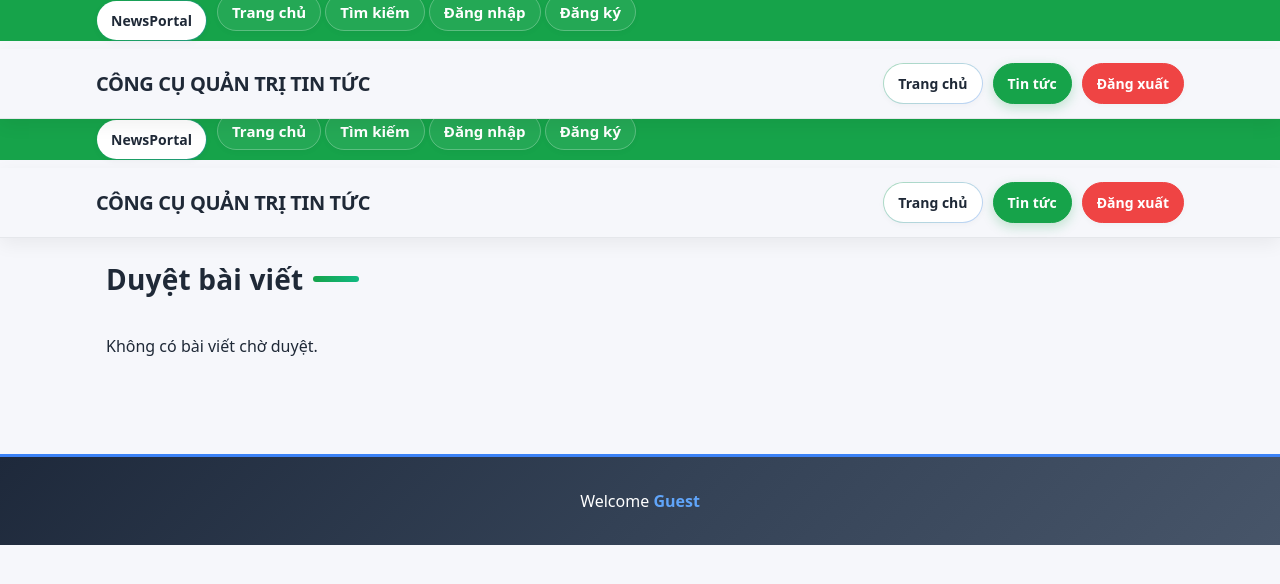
Repository: minhtvpy00202-git/Assignment_PY00202_MinhTV
Page: http://localhost/NewsPortal_PY00202/WEB-INF/views/admin/news-approve.jsp
An editor plug-in stored every save of this project. The page is shown before and after the next save, followed by the edit.
The browser window is 1280 px wide. The pictures show the whole page.
The page is served by Tomcat 10. Nobody is signed in. Other server files are loaded and not shown. The template is opened directly, without the code that normally fills it, so the values that code supplies are empty.

Above is the page before, as saved 2025-10-09 18:08:23.

### Assignment_NewsPortal/NewsPortal_PY00202/src/main/webapp/WEB-INF/views/admin/news-approve.jsp
<%@ page contentType="text/html; charset=UTF-8" pageEncoding="UTF-8"%>
<%@ include file="../layout/header.jsp" %>
<%@ include file="../layout/admin-header.jsp" %>
<%@ taglib uri="jakarta.tags.functions" prefix="fn" %>

<%@ include file="../layout/header.jsp" %>
<%@ include file="../layout/admin-header.jsp" %>
<link rel="stylesheet" href="${pageContext.request.contextPath}/assets/css/admin-users.css">


<main class="container admin-main">
<h2>Duyệt bài viết</h2>

<c:if test="${empty pendingList}">
    <p>Không có bài viết chờ duyệt.</p>
</c:if>

<c:forEach var="n" items="${pendingList}">
    <div class="card article">
        <h3>${n.title}</h3>
        <small>Đăng bởi: ${n.author} - ${n.postedDate}</small>
        <p>${fn:substring(n.content,0,150)}...</p>

        <form method="post" action="${pageContext.request.contextPath}/admin/news-approve" class="actions">
            <input type="hidden" name="id" value="${n.id}">
            <button class="btn" name="action" value="approve">Duyệt</button>
            <button class="btn ghost" name="action" value="home-on">Trang chủ</button>
            <button class="btn danger" name="action" value="reject" onclick="return confirm('Xoá bài này?')">Xoá</button>
        </form>
    </div>
</c:forEach>
</main>
<%@ include file="../layout/footer.jsp" %>

### Assignment_NewsPortal/NewsPortal_PY00202/src/main/webapp/WEB-INF/views/layout/header.jsp
<%@ page contentType="text/html; charset=UTF-8" pageEncoding="UTF-8"%>
<%@ taglib prefix="c" uri="jakarta.tags.core"%>
<!DOCTYPE html>
<html lang="vi">
<head>
<meta charset="UTF-8">
<title><c:out
		value="${pageTitle != null ? pageTitle : 'NewsPortal'}" /></title>
<link rel="stylesheet"
	href="${pageContext.request.contextPath}/assets/css/style.css">
<link rel="stylesheet" href="${pageContext.request.contextPath}/assets/css/admin-users.css">

</head>
<body>
	<header>
		<div class="container nav">
			<a class="brand" href="${pageContext.request.contextPath}/home">
				<span class="dot"></span> <span>NewsPortal</span>
			</a>
			<nav class="menu">
				<a href="${pageContext.request.contextPath}/home">Trang chủ</a>
				<c:forEach var="cata" items="${categories}">
					<a href="${pageContext.request.contextPath}/category?id=${cata.id}">
						${cata.name} </a>
				</c:forEach>
				<a href="${pageContext.request.contextPath}/search">Tìm kiếm</a>
				<c:choose>
					<c:when test="${not empty sessionScope.user}">
						<c:if test="${sessionScope.user.role}">
							<a href="${pageContext.request.contextPath}/admin/dashboard">Quản
								trị</a>
						</c:if>
						<c:if test="${!sessionScope.user.role}">
							<a href="${pageContext.request.contextPath}/reporter/dashboard">Bảng
								điều khiển</a>
						</c:if>
						<a href="${pageContext.request.contextPath}/auth/logout">Đăng xuất</a>
					</c:when>
					<c:otherwise>
						<a href="${pageContext.request.contextPath}/auth/login">Đăng nhập</a>
						<a href="${pageContext.request.contextPath}/auth/register">Đăng ký</a>
					</c:otherwise>
				</c:choose>
			</nav>
		</div>
	</header>

### Assignment_NewsPortal/NewsPortal_PY00202/src/main/webapp/WEB-INF/views/layout/admin-header.jsp
<%@ page contentType="text/html; charset=UTF-8" pageEncoding="UTF-8"%>
<%@ taglib prefix="c" uri="jakarta.tags.core" %>
<%@ taglib prefix="fn" uri="jakarta.tags.functions" %>
<c:set var="ctx" value="${pageContext.request.contextPath}"/>
<c:set var="uri" value="${pageContext.request.requestURI}"/>

<header class="admin-header">
  <div class="container">
    <h1 class="logo">
      <a href="${ctx}/admin/dashboard" style="text-decoration:none;color:inherit;">
        CÔNG CỤ QUẢN TRỊ TIN TỨC
      </a>
    </h1>

    <nav class="nav">
      <a href="${ctx}/admin/dashboard"
         class="${fn:contains(uri, '/admin/dashboard') ? 'active' : ''}"
         aria-current="${fn:contains(uri, '/admin/dashboard') ? 'page' : ''}">
        Trang chủ
      </a>

      <!-- Tin tức: luôn có -->
      <a href="${ctx}/admin/news"
         class="${fn:contains(uri, '/admin/news') ? 'active' : ''}"
         aria-current="${fn:contains(uri, '/admin/news') ? 'page' : ''}">
        Tin tức
      </a>

      <!-- CHỈ ADMIN (role = true/1) -->
      <c:if test="${sessionScope.authUser != null && sessionScope.authUser.role}">
        <a href="${ctx}/admin/categories"
           class="${fn:contains(uri, '/admin/categories') ? 'active' : ''}"
           aria-current="${fn:contains(uri, '/admin/categories') ? 'page' : ''}">
          Loại tin
        </a>
        <a href="${ctx}/admin/users"
           class="${fn:contains(uri, '/admin/users') ? 'active' : ''}"
           aria-current="${fn:contains(uri, '/admin/users') ? 'page' : ''}">
          Người dùng
        </a>
        <a href="${ctx}/admin/newsletter"
           class="${fn:contains(uri, '/admin/newsletter') ? 'active' : ''}"
           aria-current="${fn:contains(uri, '/admin/newsletter') ? 'page' : ''}">
          Newsletter
        </a>
      </c:if>

      <a href="${ctx}/auth/logout" class="logout">Đăng xuất</a>
    </nav>
  </div>
</header>

### Assignment_NewsPortal/NewsPortal_PY00202/src/main/webapp/WEB-INF/views/layout/footer.jsp
<%@ page contentType="text/html; charset=UTF-8" pageEncoding="UTF-8"%>
<footer class="admin-footer">
  <div class="container">
    Welcome
    <strong>
      <c:out value="${sessionScope.authUser != null ? sessionScope.authUser.fullname : 'Guest'}"/>
    </strong>
  </div>
</footer>

### Assignment_NewsPortal/NewsPortal_PY00202/src/main/webapp/assets/css/admin-users.css
@charset "UTF-8";

/* ====== Admin Users — Clean CSS ====== */
/* Màu chủ đạo xanh lá*/
:root{
  --bg: #f7f9fb;
  --card: #ffffff;
  --text: #1f2937;
  --muted: #6b7280;
  --primary: #16a34a;
  --primary-600:#15803d;
  --accent: #10b981;
  --danger: #ef4444;
  --danger-600:#dc2626;
  --ring: rgba(16,185,129,.25);
  --border: #e5e7eb;
  --shadow: 0 8px 24px rgba(0,0,0,.06);
}

@media (prefers-color-scheme: dark){
  :root{
    --bg: #0b1220;
    --card: #0f172a;
    --text: #e5e7eb;
    --muted: #94a3b8;
    --primary: #22c55e;
    --primary-600:#16a34a;
    --accent: #34d399;
    --danger: #f87171;
    --danger-600:#ef4444;
    --ring: rgba(52,211,153,.25);
    --border: #1f2a44;
    --shadow: 0 10px 24px rgba(0,0,0,.35);
  }
}

/* Tổng thể */
html,body{
  background: var(--bg);
  color: var(--text);
  font-family: system-ui, -apple-system, Segoe UI, Roboto, Helvetica, Arial, "Apple Color Emoji", "Segoe UI Emoji", "Segoe UI Symbol";
  line-height: 1.5;
}

/* Tiêu đề */
h2{
  font-size: clamp(20px, 2.4vw, 28px);
  font-weight: 800;
  letter-spacing: -0.02em;
  margin: 16px 0 20px;
  display: inline-flex;
  align-items: center;
  gap: 10px;
}
h2::after{
  content:"";
  display:inline-block;
  width: 46px;
  height: 6px;
  border-radius: 999px;
  background: linear-gradient(90deg, var(--primary), var(--accent));
}

/* Hàng người dùng */
.user-row.card{
  display: grid;
  grid-template-columns: 1fr auto;
  align-items: center;
  gap: 16px;
  padding: 16px 18px;
  border: 1px solid var(--border);
  border-radius: 16px;
  background: var(--card);
  box-shadow: var(--shadow);
  transition: transform .18s ease, box-shadow .18s ease, border-color .18s ease;
  will-change: transform;
  margin-bottom: 12px;
}
.user-row.card:hover{
  transform: translateY(-2px);
  box-shadow: 0 14px 36px rgba(0,0,0,.10);
  border-color: rgba(16,185,129,.35);
}

/* Khối thông tin người dùng (bên trái) */
.user-row > div{
  display: flex;
  flex-wrap: wrap;
  align-items: center;
  gap: 8px 12px;
  min-width: 0;
}
.user-row strong{
  font-weight: 700;
}
.user-row strong + span,
.user-row strong + .badge,
.user-row strong + .badge + .badge{
  margin-left: 6px;
}
.user-row .muted{ color: var(--muted); }

.badge{
  display: inline-flex;
  align-items: center;
  gap: 6px;
  padding: 4px 10px;
  border-radius: 999px;
  font-size: 12px;
  font-weight: 700;
  letter-spacing: .2px;
  background: rgba(16,185,129,.08);
  color: var(--primary);
  border: 1px solid rgba(16,185,129,.20);
}
.badge.active{
  background: rgba(34,197,94,.10);
  color: #16a34a;
  border-color: rgba(34,197,94,.22);
}
.badge.inactive{
  background: rgba(148,163,184,.12);
  color: #64748b;
  border-color: rgba(148,163,184,.28);
}

.actions{
  display: flex;
  flex-wrap: wrap;
  align-items: center;
  gap: 8px;
  justify-content: flex-end;
  margin: 0;
}

/* Button base */
.btn{
  --btn-bg: var(--primary);
  --btn-bg-h: var(--primary-600);
  --btn-fg: #fff;
  --btn-bd: transparent;

  appearance: none;
  border: 1px solid var(--btn-bd);
  background: var(--btn-bg);
  color: var(--btn-fg);
  padding: 10px 14px;
  border-radius: 12px;
  font-weight: 700;
  font-size: 14px;
  letter-spacing: .2px;
  cursor: pointer;
  transition: transform .12s ease, filter .12s ease, background .12s ease, border-color .12s ease;
  outline: none;
}

/* Ghost (nền trong suốt, viền) */
.btn.ghost{
  --btn-bg: transparent;
  --btn-fg: var(--text);
  --btn-bd: var(--border);
  background: linear-gradient(var(--card), var(--card)) padding-box,
              linear-gradient(135deg, rgba(16,185,129,.45), rgba(59,130,246,.35)) border-box;
  border: 1px solid transparent;
}
.btn.ghost:hover{
  filter: brightness(1.02);
}

/* Danger */
.btn.danger{
  --btn-bg: var(--danger);
  --btn-bg-h: var(--danger-600);
}
.btn:hover{
  transform: translateY(-1px);
  filter: brightness(1.03);
  background: var(--btn-bg-h);
}
.btn:active{
  transform: translateY(0);
  filter: none;
}

.btn[disabled], .btn:disabled{
  opacity: .55;
  cursor: not-allowed;
  transform: none;
  filter: none;
}


.btn:focus-visible, .badge:focus-visible, .user-row.card:focus-within{
  box-shadow: 0 0 0 3px var(--ring);
}


.actions input[type="hidden"]{ display:none; }


.user-row.card:last-of-type{ margin-bottom: 24px; }

/* Responsive */
@media (max-width: 900px){
  .user-row.card{
    grid-template-columns: 1fr;
    gap: 12px;
  }
  .actions{
    justify-content: flex-start;
  }
}
@media (max-width: 520px){
  .btn{ padding: 9px 12px; font-size: 13px; }
  .badge{ font-size: 11px; padding: 3px 8px; }
  .user-row > div{ gap: 6px 10px; }
}


main, .container, .content{

  max-width: 1100px;
  margin-inline: auto;
  padding-inline: 16px;
}

/* Thanh điều hướng phụ trong admin */
.subnav {
  display: flex;
  flex-wrap: wrap;
  gap: 12px 20px;
  background: #f8fafc;
  border: 1px solid #e2e8f0;
  border-radius: 12px;
  padding: 12px 20px;
  margin: 20px 0 28px;
  box-shadow: 0 4px 10px rgba(0,0,0,0.03);
}

.subnav a {
  text-decoration: none;
  color: #334155;
  font-weight: 600;
  padding: 6px 10px;
  border-radius: 8px;
  transition: all .2s ease;
}

.subnav a:hover {
  color: #16a34a;
  background-color: rgba(22,163,74,0.08);
}


.subnav a.active {
  color: #fff;
  background-color: #16a34a;
}


@media (max-width: 600px) {
  .subnav {
    flex-direction: column;
    align-items: flex-start;
    gap: 8px;
    padding: 14px;
  }
  .subnav a {
    width: 100%;
    padding: 8px 12px;
  }
}

/* Màu & token cơ bản */
:root {
  --bg: #f6f7fb;
  --card: #ffffff;
  --text: #1f2937;
  --muted: #6b7280;
  --primary: #16a34a;      /* xanh lá dịu */
  --primary-600: #15803d;
  --danger: #ef4444;
  --danger-600: #dc2626;
  --border: #e5e7eb;
  --shadow: 0 6px 18px rgba(0,0,0,.06);
  --radius: 14px;
  --focus: 0 0 0 3px rgba(22,163,74,.25);
}

/* Nền tổng thể */
body { background: var(--bg); color: var(--text); }

/* Container chính */
main.container {
  max-width: 1100px;
  margin: 28px auto 60px;
  padding: 0 18px;
}

/* Tiêu đề trang */
main.container > h2 {
  font-size: 28px;
  font-weight: 800;
  letter-spacing: .2px;
  margin: 0 0 18px;
}

/* ===== Form CRUD ===== */
.form {
  background: var(--card);
  border: 1px solid var(--border);
  border-radius: var(--radius);
  box-shadow: var(--shadow);
  padding: 18px;
  display: grid;
  grid-template-columns: 1fr 1fr;
  gap: 14px 18px;
  margin-bottom: 22px;
}

.form label {
  font-size: 13px;
  color: var(--muted);
  display: block;
  margin-bottom: 6px;
}

.form input[type="text"],
.form input[type="email"],
.form input[type="password"],
.form input[type="file"],
.form select,
.form textarea {
  width: 100%;
  font-size: 15px;
  color: var(--text);
  background: #fcfcfd;
  border: 1px solid var(--border);
  border-radius: 10px;
  padding: 10px 12px;
  outline: none;
  transition: box-shadow .15s ease, border-color .15s ease, background .15s ease;
}

.form textarea { min-height: 160px; grid-column: 1 / -1; }

.form input:focus,
.form select:focus,
.form textarea:focus {
  border-color: var(--primary);
  box-shadow: var(--focus);
  background: #fff;
}

/* Hàng nút hành động của form */
.form button,
.form .btn {
  align-self: start;
}

.form .btn + .btn { margin-left: 8px; }

/* Gộp nút “Hủy” ở bên phải nếu có */
.form a.btn { text-decoration: none; }

/* Trải dài toàn bộ form cho 1 số trường */
.form [name="title"],
.form [name="thumbnail"] { grid-column: 1 / -1; }

/* ===== Buttons ===== */
.btn {
  display: inline-flex;
  align-items: center;
  gap: 8px;
  height: 38px;
  padding: 0 14px;
  border-radius: 10px;
  border: 1px solid transparent;
  background: var(--primary);
  color: #fff;
  font-weight: 600;
  cursor: pointer;
  transition: transform .04s ease, background .15s ease, box-shadow .15s ease;
}

.btn:hover { background: var(--primary-600); }
.btn:active { transform: translateY(1px); }
.btn.ghost {
  background: transparent;
  color: var(--primary);
  border-color: var(--primary);
}
.btn.ghost:hover { background: rgba(22,163,74,.08); }

.btn.danger {
  background: var(--danger);
}
.btn.danger:hover { background: var(--danger-600); }

/* ===== Table list ===== */
.table {
  width: 100%;
  border-collapse: collapse;
  background: var(--card);
  border: 1px solid var(--border);
  border-radius: var(--radius);
  box-shadow: var(--shadow);
  overflow: hidden; /* bo tròn header */
}

.table thead th {
  text-align: left;
  font-size: 13px;
  color: var(--muted);
  font-weight: 700;
  letter-spacing: .2px;
  background: #fafafa;
  border-bottom: 1px solid var(--border);
  padding: 12px 14px;
}

.table tbody td {
  padding: 14px;
  border-top: 1px solid var(--border);
  vertical-align: top;
}

.table tbody tr:hover { background: #fcfcff; }

/* Cột hành động */
.table td.actions {
  white-space: nowrap;
}

.table td.actions a {
  margin-right: 8px;
  text-decoration: none;
  color: var(--primary-600);
  font-weight: 600;
}

.table td.actions form { display: inline-block; }
.table td.actions button {
  height: 32px;
  padding: 0 12px;
  font-size: 13px;
  border-radius: 8px;
}

/* ===== Small helpers ===== */
.alert {
  padding: 10px 12px;
  border-radius: 10px;
  border: 1px solid var(--border);
  background: #fffbe6;
  color: #7c6a00;
  margin-bottom: 16px;
}

/* ===== Responsive ===== */
@media (max-width: 820px) {
  .form { grid-template-columns: 1fr; }
  .table thead { display: none; }
  .table, .table tbody, .table tr, .table td { display: block; width: 100%; }
  .table tr { border-bottom: 1px solid var(--border); }
  .table td { border: none; padding: 10px 14px; }
  .table td.actions { padding-bottom: 16px; }
}

Loaded but not shown: Assignment_NewsPortal/NewsPortal_PY00202/src/main/webapp/assets/css/style.css (1671 lines, source omitted)

After the next save:
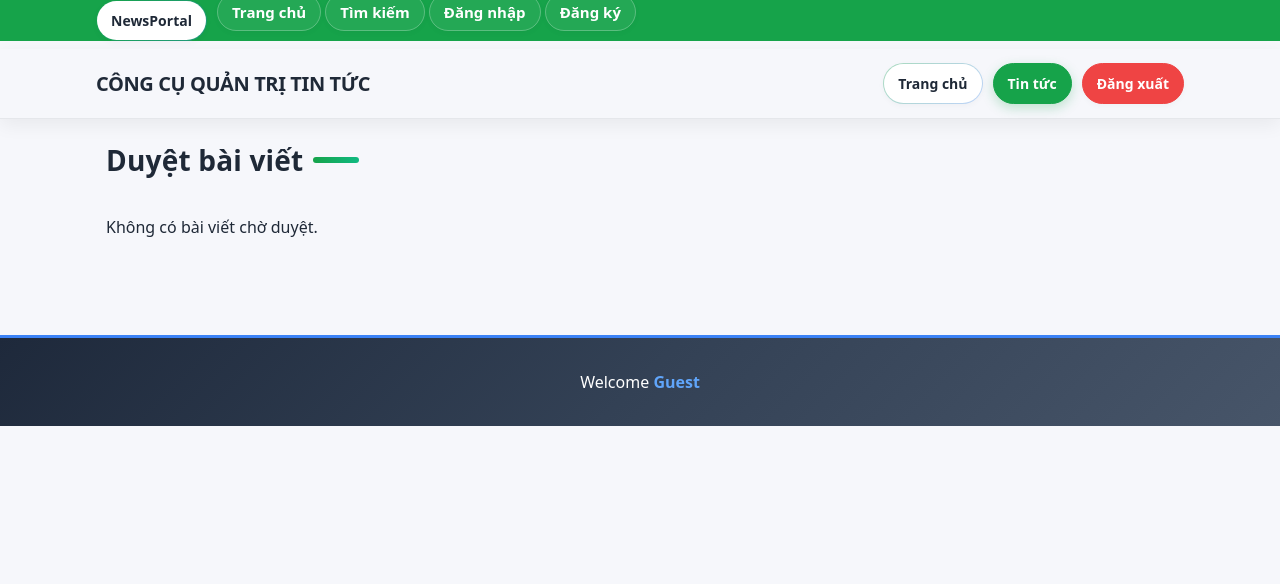
Saved 3 min 9 s later.
--- a/Assignment_NewsPortal/NewsPortal_PY00202/src/main/webapp/WEB-INF/views/admin/news-approve.jsp
+++ b/Assignment_NewsPortal/NewsPortal_PY00202/src/main/webapp/WEB-INF/views/admin/news-approve.jsp
@@ -3,8 +3,6 @@
 <%@ include file="../layout/admin-header.jsp" %>
 <%@ taglib uri="jakarta.tags.functions" prefix="fn" %>
 
-<%@ include file="../layout/header.jsp" %>
-<%@ include file="../layout/admin-header.jsp" %>
 <link rel="stylesheet" href="${pageContext.request.contextPath}/assets/css/admin-users.css">
 
 
